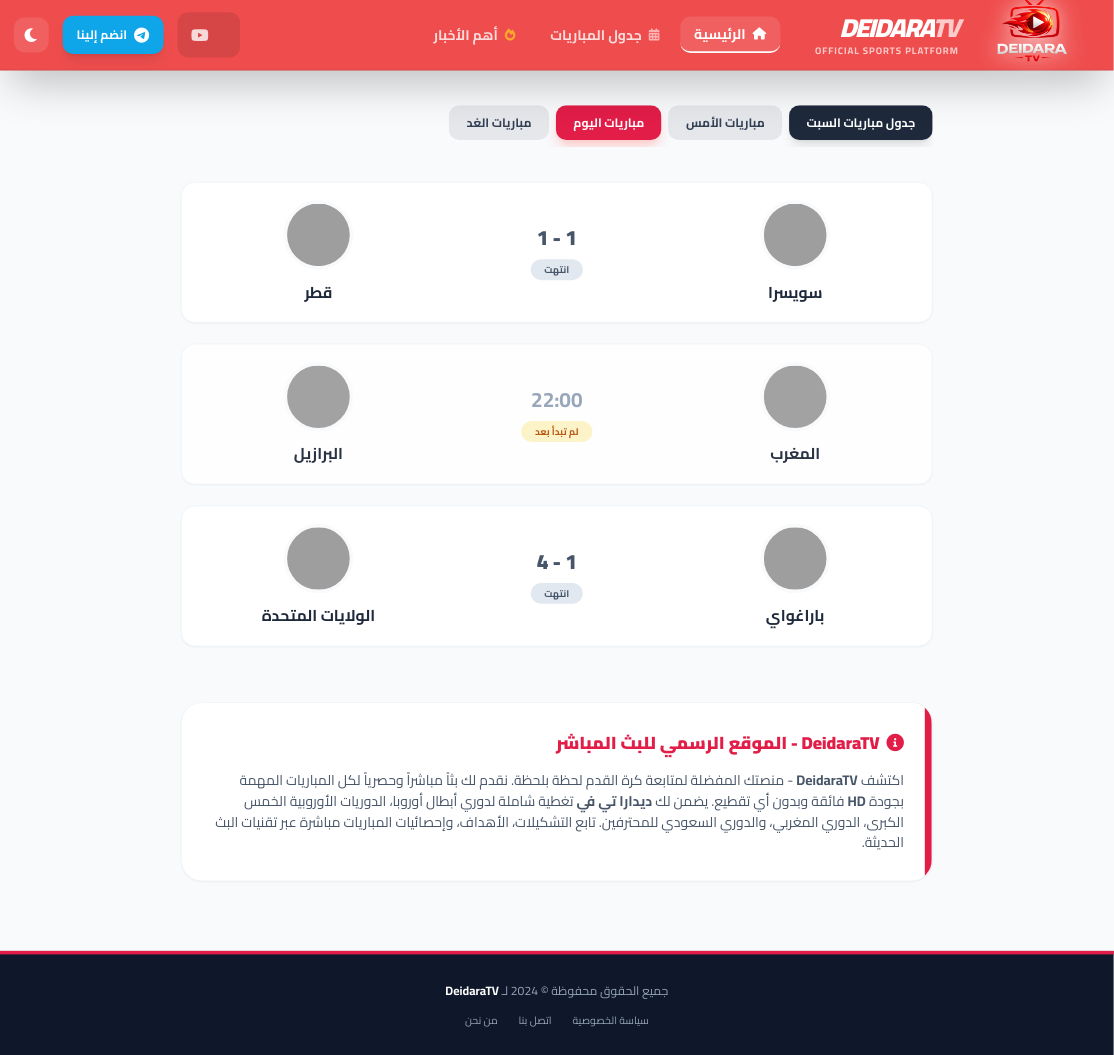
Repository: zakariax05/deidaraTV
Page: index.html
An editor plug-in stored every save of this project. The page is shown before and after the next save, followed by the edit.
The browser window is 1280 px wide. The pictures show the whole page, at 87% of full size.
Pictures or frames that could not be fetched are drawn as grey boxes. Some web libraries are served in a nearby version.

Above is the page before, as saved 2026-06-14 02:23:34.

After the next save:
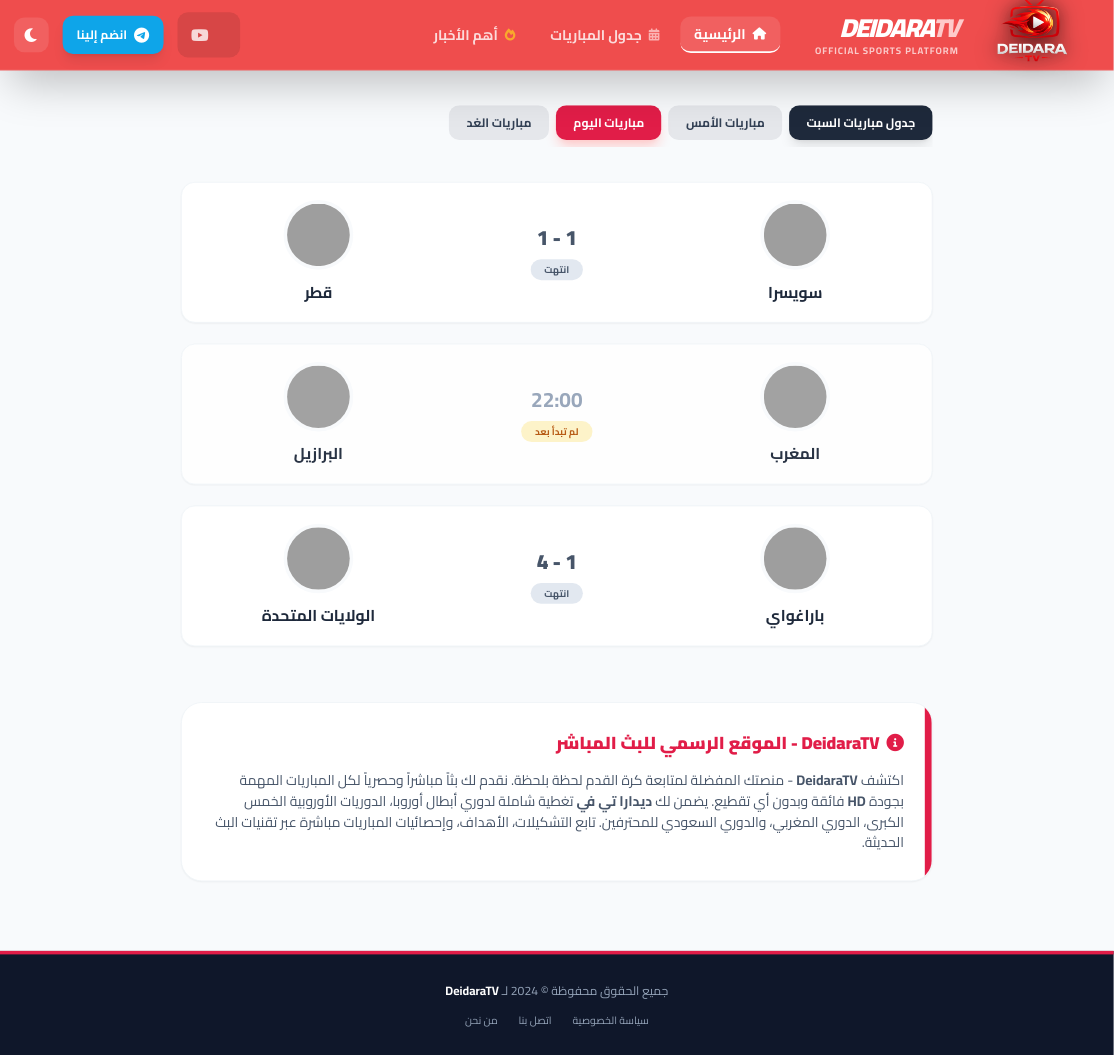
Saved 46 s later.
--- a/index.html
+++ b/index.html
@@ -43,7 +43,7 @@
   <!-- Header / الهيدر -->
   <!-- الهيدر المطور للرئيسية - DeidaraTV -->
   <header
-    class="bg-red-500 text-white shadow-2xl sticky top-0 z-[100] backdrop-blur-md bg-opacity-95 border-b border-black/10">
+    class="bg-red-500 text-white shadow-2xl sticky top-0 z-[100] backdrop-blur-md bg-opacity-95 border-b border-white/10">
     <div class="container mx-auto px-4">
       <div class="flex justify-between items-center h-16 md:h-20">
 
@@ -54,7 +54,7 @@
             class="flex items-center gap-3 cursor-pointer group select-none transition-transform active:scale-95">
             <img src="imgs/logo-deidaratv.png" alt="DeidaraTV Logo"
               class="h-16 md:h-[150px] w-auto object-contain group-hover:brightness-110 transition-all"
-              style="filter: drop-shadow(0px 0px 12px rgba(255, 255, 255, 0.9));">
+              style="filter: drop-shadow(0px 0px 12px rgba(0, 0, 0, 0.9));">
             <div class="flex flex-col">
               <h1 class="text-xl md:text-3xl font-black italic tracking-tighter uppercase leading-none">
                 Deidara<span class="text-red-200">TV</span>
